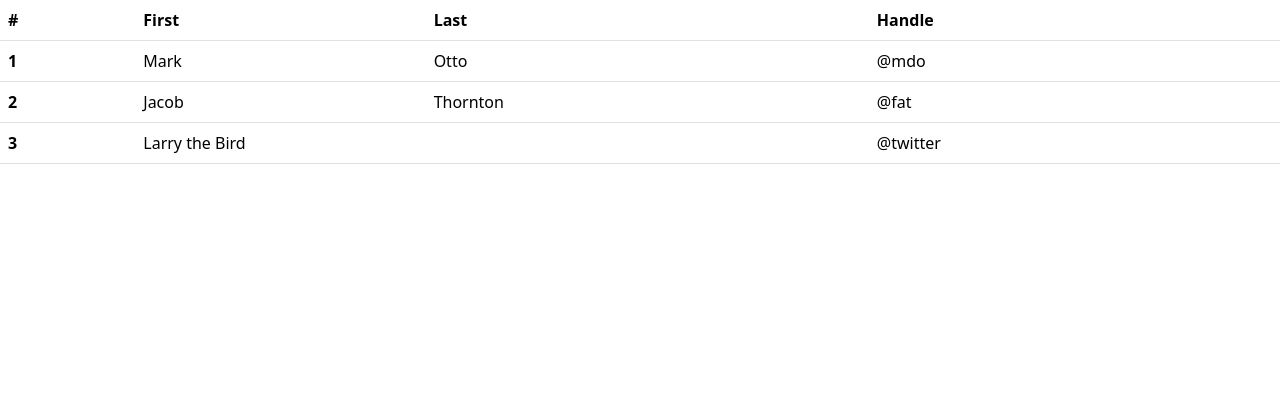
Repository: arunyerram/Web-TEChnologies
Page: BootstrapTables.html
These files come from the project's save history. The page is drawn as it stood at one moment and after the next save; the edit follows.
The browser window is 1280 px wide. The pictures show the whole page.

Above is the page before, as saved 2025-02-21 12:09:57.

### BootstrapTables.html
<!DOCTYPE html>
<html lang="en">
<head>
    <meta charset="UTF-8">
    <meta name="viewport" content="width=device-width, initial-scale=1.0">
    <title>Document</title>

    <link href="https://cdn.jsdelivr.net/npm/bootstrap@5.3.3/dist/css/bootstrap.min.css" rel="stylesheet" integrity="sha384-QWTKZyjpPEjISv5WaRU9OFeRpok6YctnYmDr5pNlyT2bRjXh0JMhjY6hW+ALEwIH" crossorigin="anonymous">
    <script src="https://cdn.jsdelivr.net/npm/bootstrap@5.3.3/dist/js/bootstrap.bundle.min.js" integrity="sha384-YvpcrYf0tY3lHB60NNkmXc5s9fDVZLESaAA55NDzOxhy9GkcIdslK1eN7N6jIeHz" crossorigin="anonymous"></script>
</head>
<body>

    <table class="table">
        <thead>
          <tr>
            <th scope="col">#</th>
            <th scope="col">First</th>
            <th scope="col">Last</th>
            <th scope="col">Handle</th>
          </tr>
        </thead>
        <tbody>
          <tr>
            <th scope="row">1</th>
            <td>Mark</td>
            <td>Otto</td>
            <td>@mdo</td>
          </tr>
          <tr>
            <th scope="row">2</th>
            <td>Jacob</td>
            <td>Thornton</td>
            <td>@fat</td>
          </tr>
          <tr>
            <th scope="row">3</th>
            <td colspan="2">Larry the Bird</td>
            <td>@twitter</td>
          </tr>
        </tbody>
      </table>
</body>
</html>

After the next save:
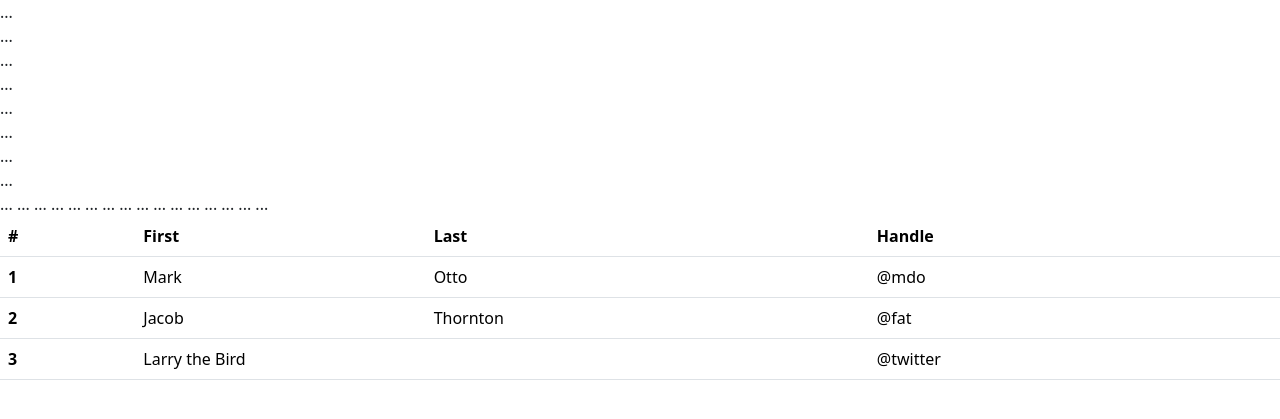
Saved 11 s later.
--- a/BootstrapTables.html
+++ b/BootstrapTables.html
@@ -9,7 +9,37 @@
     <script src="https://cdn.jsdelivr.net/npm/bootstrap@5.3.3/dist/js/bootstrap.bundle.min.js" integrity="sha384-YvpcrYf0tY3lHB60NNkmXc5s9fDVZLESaAA55NDzOxhy9GkcIdslK1eN7N6jIeHz" crossorigin="anonymous"></script>
 </head>
 <body>
+    <!-- On tables -->
+<table class="table-primary">...</table>
+<table class="table-secondary">...</table>
+<table class="table-success">...</table>
+<table class="table-danger">...</table>
+<table class="table-warning">...</table>
+<table class="table-info">...</table>
+<table class="table-light">...</table>
+<table class="table-dark">...</table>
 
+<!-- On rows -->
+<tr class="table-primary">...</tr>
+<tr class="table-secondary">...</tr>
+<tr class="table-success">...</tr>
+<tr class="table-danger">...</tr>
+<tr class="table-warning">...</tr>
+<tr class="table-info">...</tr>
+<tr class="table-light">...</tr>
+<tr class="table-dark">...</tr>
+
+<!-- On cells (`td` or `th`) -->
+<tr>
+  <td class="table-primary">...</td>
+  <td class="table-secondary">...</td>
+  <td class="table-success">...</td>
+  <td class="table-danger">...</td>
+  <td class="table-warning">...</td>
+  <td class="table-info">...</td>
+  <td class="table-light">...</td>
+  <td class="table-dark">...</td>
+</tr>
     <table class="table">
         <thead>
           <tr>

After the save that followed:
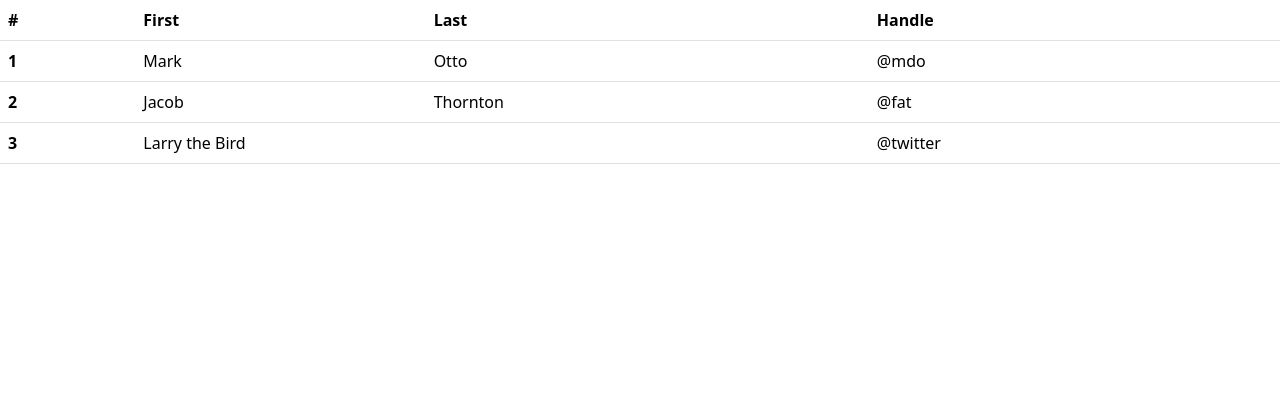
Saved 8 s later.
--- a/BootstrapTables.html
+++ b/BootstrapTables.html
@@ -9,37 +9,7 @@
     <script src="https://cdn.jsdelivr.net/npm/bootstrap@5.3.3/dist/js/bootstrap.bundle.min.js" integrity="sha384-YvpcrYf0tY3lHB60NNkmXc5s9fDVZLESaAA55NDzOxhy9GkcIdslK1eN7N6jIeHz" crossorigin="anonymous"></script>
 </head>
 <body>
-    <!-- On tables -->
-<table class="table-primary">...</table>
-<table class="table-secondary">...</table>
-<table class="table-success">...</table>
-<table class="table-danger">...</table>
-<table class="table-warning">...</table>
-<table class="table-info">...</table>
-<table class="table-light">...</table>
-<table class="table-dark">...</table>
 
-<!-- On rows -->
-<tr class="table-primary">...</tr>
-<tr class="table-secondary">...</tr>
-<tr class="table-success">...</tr>
-<tr class="table-danger">...</tr>
-<tr class="table-warning">...</tr>
-<tr class="table-info">...</tr>
-<tr class="table-light">...</tr>
-<tr class="table-dark">...</tr>
-
-<!-- On cells (`td` or `th`) -->
-<tr>
-  <td class="table-primary">...</td>
-  <td class="table-secondary">...</td>
-  <td class="table-success">...</td>
-  <td class="table-danger">...</td>
-  <td class="table-warning">...</td>
-  <td class="table-info">...</td>
-  <td class="table-light">...</td>
-  <td class="table-dark">...</td>
-</tr>
     <table class="table">
         <thead>
           <tr>
